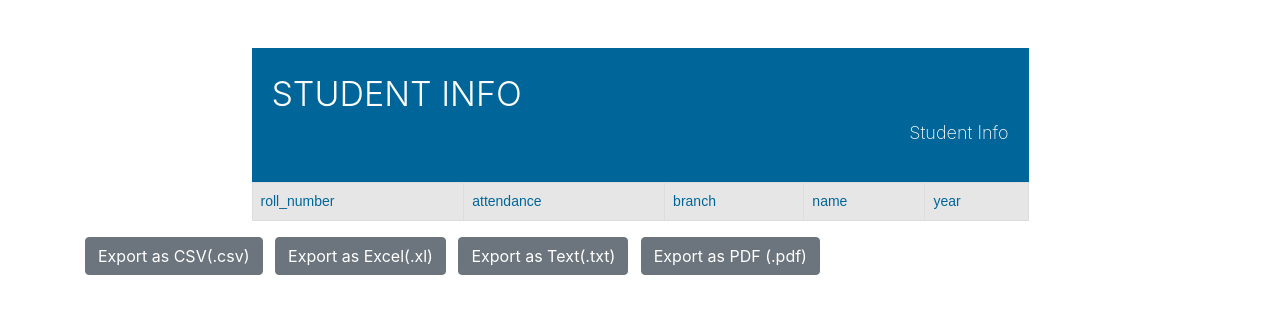
Repository: supranshu/CrystalReportGenerator
Page: http://localhost/produce_report
An editor plug-in stored every save of this project. The page is shown before and after the next save, followed by the edit.
The browser window is 1280 px wide. The pictures show the whole page.
The page is this project's Thymeleaf template; nobody is signed in. The template is opened directly, without the code that normally fills it, so the values that code supplies are empty.

Above is the page before, as saved 2023-08-07 13:02:53.

### com.report/src/main/resources/templates/produce_report.html
<!DOCTYPE html>
<html xmlns:th="http://www.thymeleaf.org">
<head>
    <meta charset="UTF-8">
    <title>Produce Report</title>
    <link rel="stylesheet" href="https://maxcdn.bootstrapcdn.com/bootstrap/4.5.2/css/bootstrap.min.css">
    <style>
        /* Apply CSS styles here to mimic the appearance of the JRXML table */
        /* You can use inline styles or link to an external CSS file */
        /* Example styles to get you started */
        table {
            border-collapse: collapse;
            font-family: "Arial", sans-serif;
            width: 70%;
	        margin: 0 auto; /* Center the table horizontally */
        }

        th, td {
            padding: 8px;
            text-align: left;
            border: 1px solid #ddd;
        }
        th {
            font-size: 14px;
            font-weight: 100;
            background-color: #E6E6E6;
            color: #006699;

        }

        td {
            font-size: 14px;
            font-weight: 500;
        }

        .page-header {
            background-color: #006699;
            color: #FFFFFF;
            text-align: left;
            font-size: 34px;
            font-weight: 300;
            padding: 20px;
            width: 70%;
	        margin: 0 auto;
        }
        .page-header p{
        	text-align: right;
        	font-size: 18px;
        	font-weight: 150;

        }
    </style>

</head>

<body>
    <div class="container mt-5">
	        <div class="page-header">
		        STUDENT INFO
		        <p>Student Info</p>
		    </div>

			    <table>
			        <thead>
			            <tr>
			                <th>roll_number</th>
			                <th>attendance</th>
			                <th>branch</th>
			                <th>name</th>
			                <th>year</th>
			            </tr>
			        </thead>
			        <tbody>
			            <!-- Loop through students and generate table rows -->
			            <tr th:each="student : ${students}">
			                <td th:text="${student.rollNumber}">Roll Number</td>
			                <td th:text="${student.attendance}">Attendance</td>
			                <td th:text="${student.branch}">Branch</td>
			                <td th:text="${student.name}">Name</td>
			                <td th:text="${student.year}">Year</td>
			            </tr>
			        </tbody>
			    </table>









        <div class="mt-3 btn-links">
            <a class="btn btn-secondary mr-2" th:href="@{/export/csv(year=${year}, branch=${branch})}" target="_blank">Export as CSV(.csv)</a>
            <a class="btn btn-secondary mr-2" th:href="@{/export/excel(year=${year}, branch=${branch})}" target="_blank">Export as Excel(.xl)</a>
            <a class="btn btn-secondary mr-2" th:href="@{/export/notepad(year=${year}, branch=${branch})}" target="_blank">Export as Text(.txt)</a>
            <a class="btn btn-secondary" th:href="@{/export/pdf(year=${year}, branch=${branch})}" target="_blank">Export as PDF (.pdf)</a>
        </div>
    </div>


</body>
</html>

After the next save:
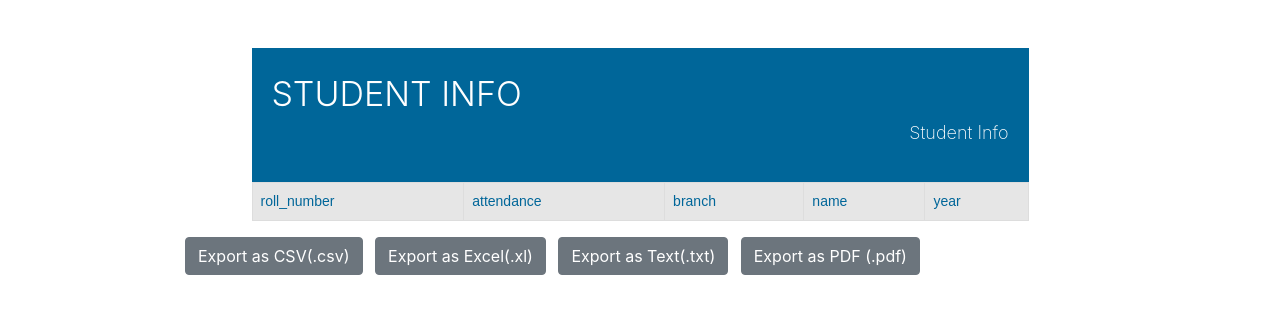
Saved 25 s later.
--- a/com.report/src/main/resources/templates/produce_report.html
+++ b/com.report/src/main/resources/templates/produce_report.html
@@ -48,6 +48,9 @@
         	font-size: 18px;
         	font-weight: 150;
 
+        }
+        .btn-links{
+        	margin-left:100px;
         }
     </style>
 
